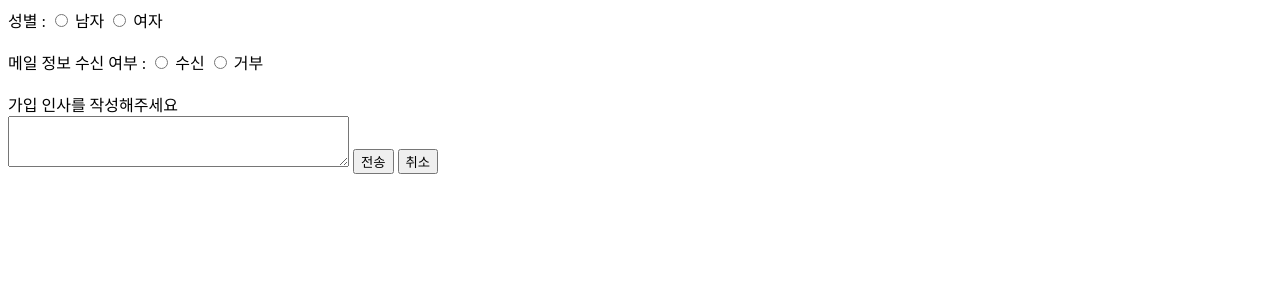
Repository: minimelody/servlet
Page: webworkspace2/web1/WebContent/views/ex1/radio.html
These files come from the project's save history. The page is drawn as it stood at one moment and after the next save; the edit follows.
The browser window is 1280 px wide. The pictures show the whole page.

Above is the page before, as saved 2018-05-17 08:34:26.

### webworkspace2/web1/WebContent/views/ex1/radio.html
<!DOCTYPE html>
<html>
<head>
<meta charset="UTF-8">
<title>Insert title here</title>
</head>
<body>
	<form action="/web1/radio" method="get">
		성별 :
		<input type="radio" name="gender" value="남자"> 남자
		<input type="radio" name="gender" value="여자"> 여자
		<br><br>
		메일 정보 수신 여부 :
		<input type="radio" name="mail" value="yes"> 수신
		<input type="radio" name="mail" value="no"> 거부
		<br><br>
		가입 인사를 작성해주세요<br>
		<textarea cols="40" rows="3"></textarea>
		<input type="submit" value="전송">
		<input type="reset" value="취소">
	</form>
</body>
</html>

After the next save:
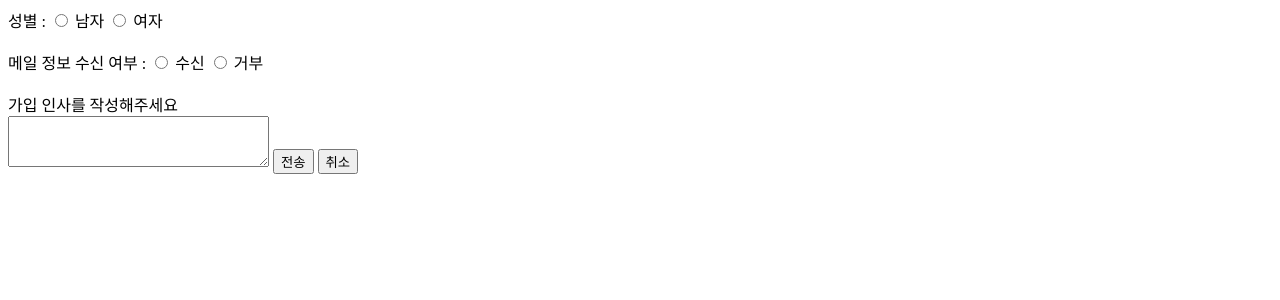
Saved 6 s later.
--- a/webworkspace2/web1/WebContent/views/ex1/radio.html
+++ b/webworkspace2/web1/WebContent/views/ex1/radio.html
@@ -15,7 +15,7 @@
 		<input type="radio" name="mail" value="no"> 거부
 		<br><br>
 		가입 인사를 작성해주세요<br>
-		<textarea cols="40" rows="3"></textarea>
+		<textarea cols="30" rows="3"></textarea>
 		<input type="submit" value="전송">
 		<input type="reset" value="취소">
 	</form>
